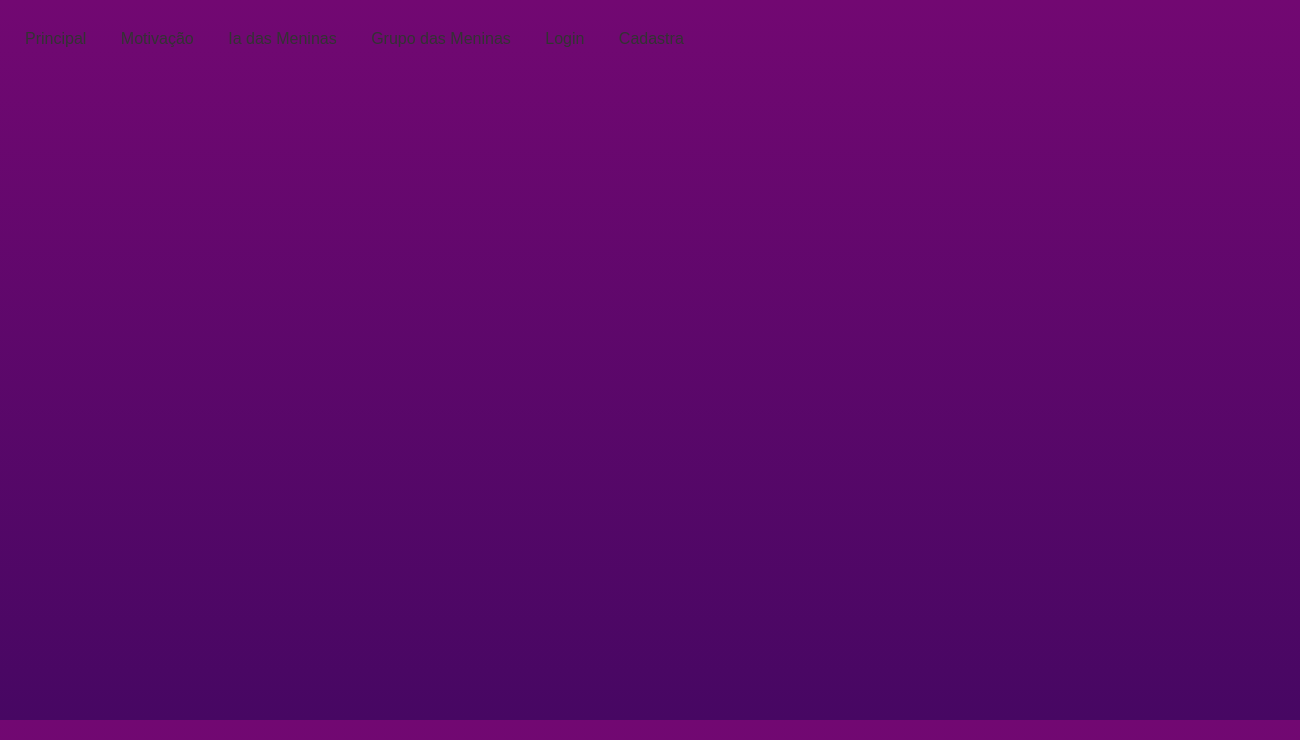
Repository: joaobatistafrontend/pref
Page: http://localhost/
An editor plug-in stored every save of this project. The page is shown before and after a run of saves, followed by the edit.
The browser window is 1280 px wide. The page is 1300 px wide, so the pictures cover 1300 px, including what lies to the right of the window. The pictures show the whole page.
The page is served by the project's application, run on Django 4.2 (manage.py).

Above is the page before, as saved 2024-07-26 14:46:40.

After the next 6 saves:
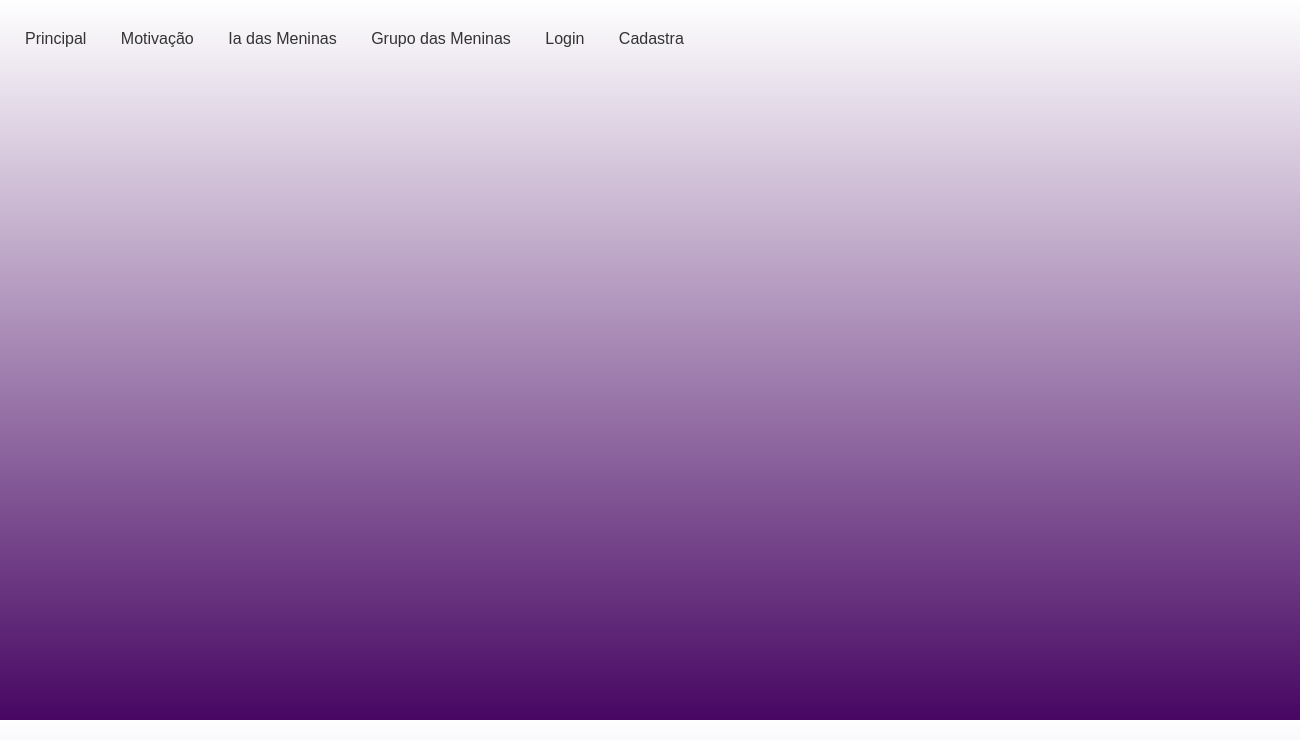
The 6 saves are shown as one change because they came seconds apart.
The last was saved 15 s later.
--- a/static/css/index.css
+++ b/static/css/index.css
@@ -5,7 +5,7 @@
 }
 body{
     height: 100vh;
-    background: linear-gradient(#720872, #470763);
+    background: linear-gradient(transparent, #470763);
 
 }
 .hero{
